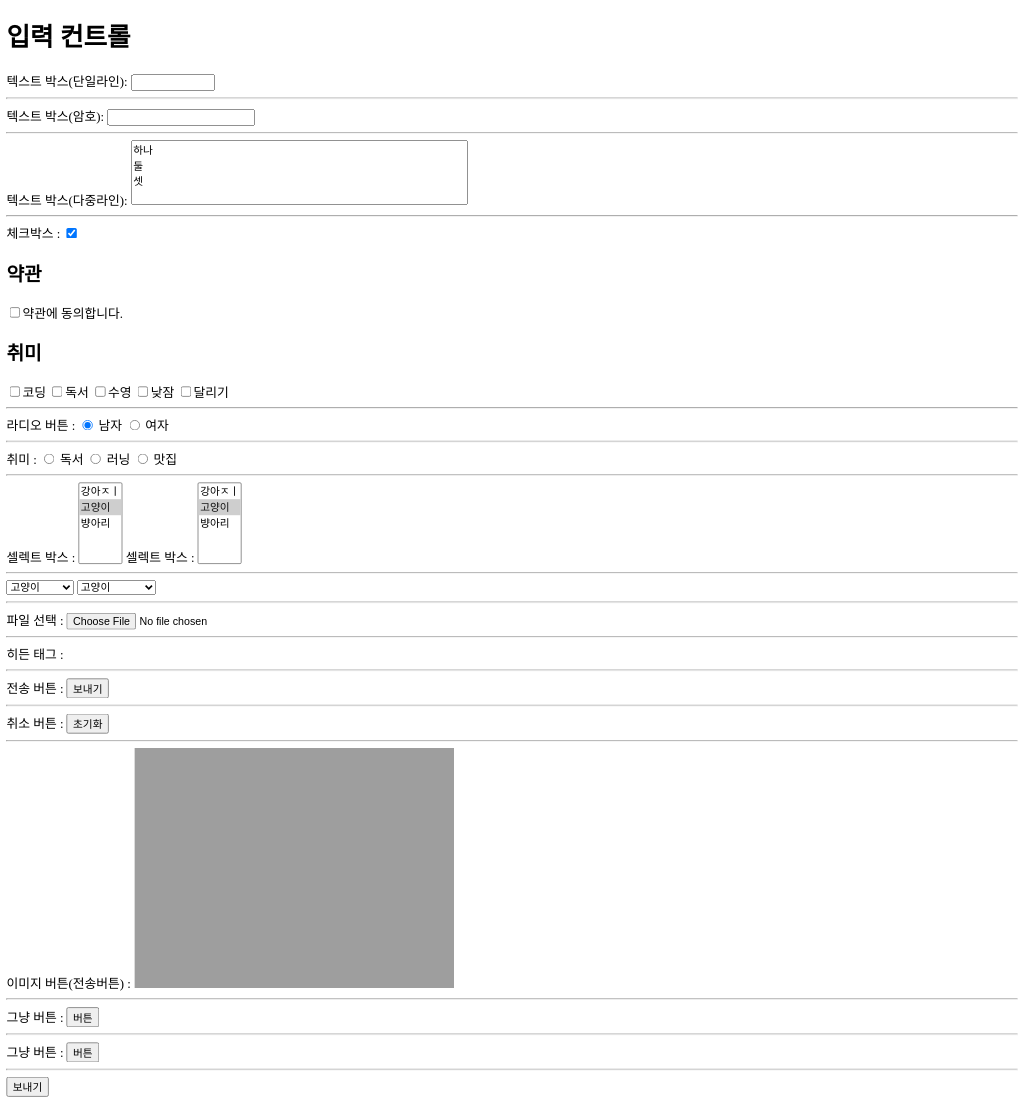
Repository: dnjs0/HCJ
Page: ClientTest/src/main/webapp/ex19_form.html
These files come from the project's save history. The page is drawn as it stood at one moment and after the next save; the edit follows.
The browser window is 1280 px wide. The pictures show the whole page, at 80% of full size.
Pictures or frames that could not be fetched are drawn as grey boxes.

Above is the page before, as saved 2025-02-12 05:18:23.

### ClientTest/src/main/webapp/ex19_form.html
<!DOCTYPE html>
<html lang="ko">
<head>
	<meta charset="UTF-8">
	<title>Insert title here</title>
</head>
<body>
    <!--

        form의 자식 ㅌ태그

        <input>
        - 단독 태그
        - 인라인 태그
        - input.type : 입력 컨트롤 종류
        - input.name : 서버로 전송할 사용하는 식별자
        - input.id : 식별자. CSS, JavaScript 에서 주로 사용
        - input.class : 식별자. CSS, JavaScript 에서 주로 사용
        - input.size : 컨트롤의 너비, 입력받는 글자수
        - input.maxlength : 최대 입력 문자 수  + 유효성 검사
        - input.value : 컨트롤의 (현재) 입력값
        - input.readonly : 읽기전용. 플래그형 입력(X) + 서버 전송(O)
        - input.disabled : 비활성화 플래그형 입력(X) + 서버 전송(X)
        - input.accesskey : 바로가기(= 니모닉, Nemonic) Alt+키
        - input.title : 풍선 도움말(주로 컨트롤에서 사용한다.)
        - input.autofocus : 자동 포커스, 플래그형




    -->

    <h1 title="이곳에 나이를 입력하세요">입력 컨트롤</h1>
    <form method="GET" action="ex18_ok.jsp">
        <label for="text">텍스트 박스(단일라인):</label>
        <input type="text" name = "data" size = "10" maxlength="5" accesskey="s"
        title="이곳에 나이를 입력하세요">
        <hr>


        <!--
            암호 상자,Password Box, Masked TextBox
            - 대부분의 속성이 텍스트 박스와 동일
            - value 속성 사용 금지!!!!
         -->

         텍스트 박스(암호):
         <input type ="password" name ="pw">
         <hr>


         <!--

            다중라인 텍스트 박스
            - <textarea></textarea>
            - 쌍태그, 인라인 태그
            - 대부분의 속성은 텍스트 박스와 동일
            - maxlength 속성이 없다.
            - value 속성이 없다.

          -->
         텍스트 박스(다중라인):
         <textarea style="resize:none;" cols="50" rows="5">하나
둘
셋</textarea>

         <hr>
         <!--
            체크박스
            - 논리값 입력
            - 단일 선택 or 다중 선택

          -->

         체크박스 : <input type = "checkbox" checked>
         <h2>약관</h2>

         <!-- <input type="checkbox" id="cb1"><label for="cb1">약관에 동의합니다.</label>  -->
         <label><input type="checkbox" >약관에 동의합니다.</label>



         <h2>취미</h2>

         <label><input type = "checkbox">코딩</label>
         <label><input type = "checkbox">독서</label>
         <label><input type = "checkbox">수영</label>
         <label><input type = "checkbox">낮잠</label>
         <label><input type = "checkbox">달리기</label>
         <hr>

         <!--
            라디오 버튼
            - 단일 선택
          -->

         라디오 버튼 :
         <input type="radio" name ="rb1" checked="checked"> 남자
         <input type="radio" name = "rb1"> 여자

         <hr>

         취미 :
         <input type="radio" name ="rb2"> 독서
         <input type="radio" name ="rb2"> 러닝
         <input type="radio" name ="rb2"> 맛집

         <hr>

         <!--
            셀렉트 박스
            -콤보 박스, 드랍다운 리스트
            - 단일 선택, 다중선택
          -->


         셀렉트 박스 :
         <select size=5>
            <option>강아ㅈㅣ</option>
            <option selected="selected">고양이</option>
            <option>뱡아리</option>
         </select>




         셀렉트 박스 :
         <select size=5 multiple="multiple">
            <option>강아ㅈㅣ</option>
            <option selected="selected">고양이</option>
            <option>뱡아리</option>
         </select>

         <hr>

         <select >
            <option>고양이</option>
            <option>강아지</option>
            <option>이구아나</option>
            <option>장수풍뎅이</option>
            <option>뱀</option>
            <option>앵무새</option>
            <option>귀뚜라미</option>
            <option>도마뱀</option>
            <option>햠스터</option>
         </select>


         <select >
            <optgroup label ="포유류">
                <option>고양이</option>
                <option>강아지</option>
                <option>햠스터</option>
            </optgroup>
            <optgroup label ="파충류">
                <option>이구아나</option>
                <option>뱀</option>
                <option>도마뱀</option>
            </optgroup>
            <optgroup label ="기타">
            <option>장수풍뎅이</option>
            <option>앵무새</option>
            <option>귀뚜라미</option>
            </optgroup>


         </select>

         <hr>
         <!-- 파일 업로드
            - 첨부 파일
            - OpenFileDialog > 파일 열기 대화상자
          -->
         파일 선택 : <input type="file">


         <hr>

         <!--
            히든 태그
            - 안보이는 컨트롤
            - 개발자용
            - 데이터를 전송은 해야하지만, 사용자에게 보이면 안되는 데이터
          -->
          히든 태그 : <input type= "hidden" name="age" value="20">

         <hr>

         <!--
            버튼류

          -->
          전송 버튼 : <input type = "submit" value = "보내기">
          <hr>
          취소 버튼 : <input type = "reset" value="초기화">
         <hr>
         이미지 버튼(전송버튼) : <input type = "image" src="images/cat05.jpg">
         <hr>
         그냥 버튼 : <input type= "button" value="버튼" onclick="elert('클릭');">
         <hr>
         그냥 버튼 : <input type= "button" value="버튼" onclick="location.href='https://www.naver.com'">
         <hr>
         <input type="submit" value="보내기">
    </form>
</body>
</html>

After the next save:
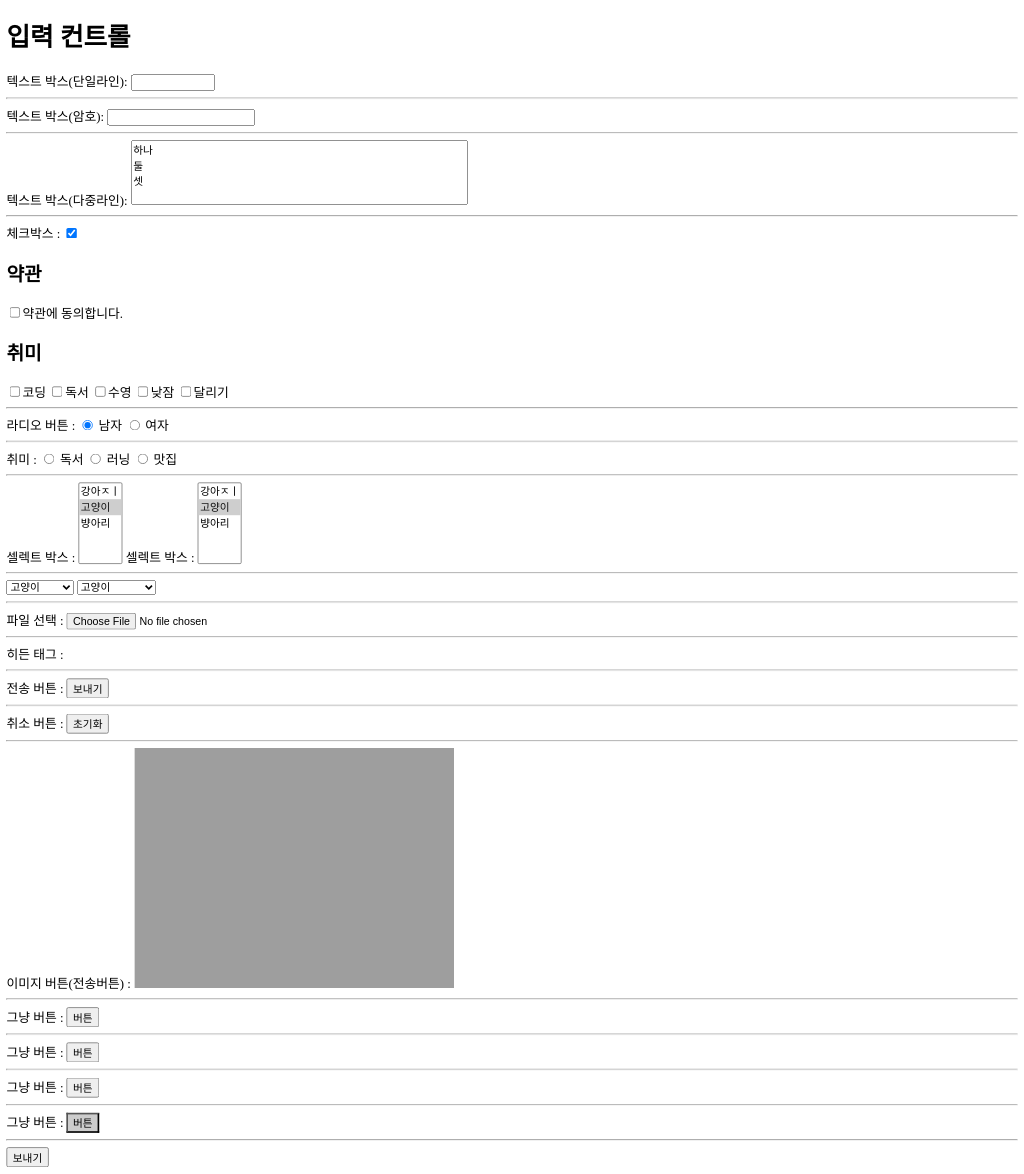
Saved 66 s later.
--- a/ClientTest/src/main/webapp/ex19_form.html
+++ b/ClientTest/src/main/webapp/ex19_form.html
@@ -200,6 +200,10 @@
          <hr>
          그냥 버튼 : <input type= "button" value="버튼" onclick="location.href='https://www.naver.com'">
          <hr>
+         그냥 버튼 : <input type= "button" value="버튼" onclick="this.form.submit();">
+         <hr>
+         그냥 버튼 : <input type= "button" value="버튼" style="background-color : #CCCCCC";>
+         <hr>
          <input type="submit" value="보내기">
     </form>
 </body>
